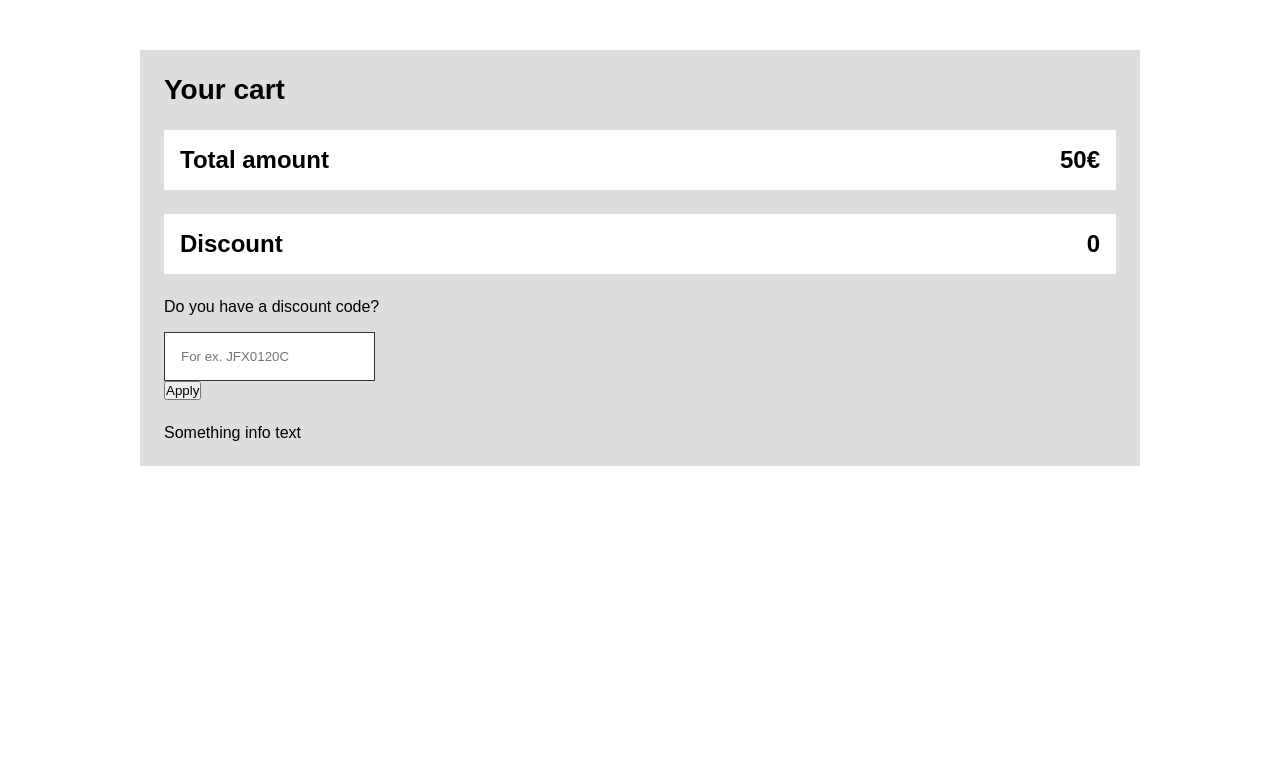
Repository: kcvijay/cart-discoutcodes
Page: /
The author's editor kept a copy of each file at every save. The page is drawn from the files as they stood at one save, then again after the next save.
The browser window is 1280 px wide. The pictures show the whole page.
The project was rebuilt for these pictures with package versions that can differ from the ones it lists, and the page was loaded fresh each time. Also part of the build but not shown: src/App.css.

Above is the page before, as saved 2023-05-17 11:34:17.

After the next save:
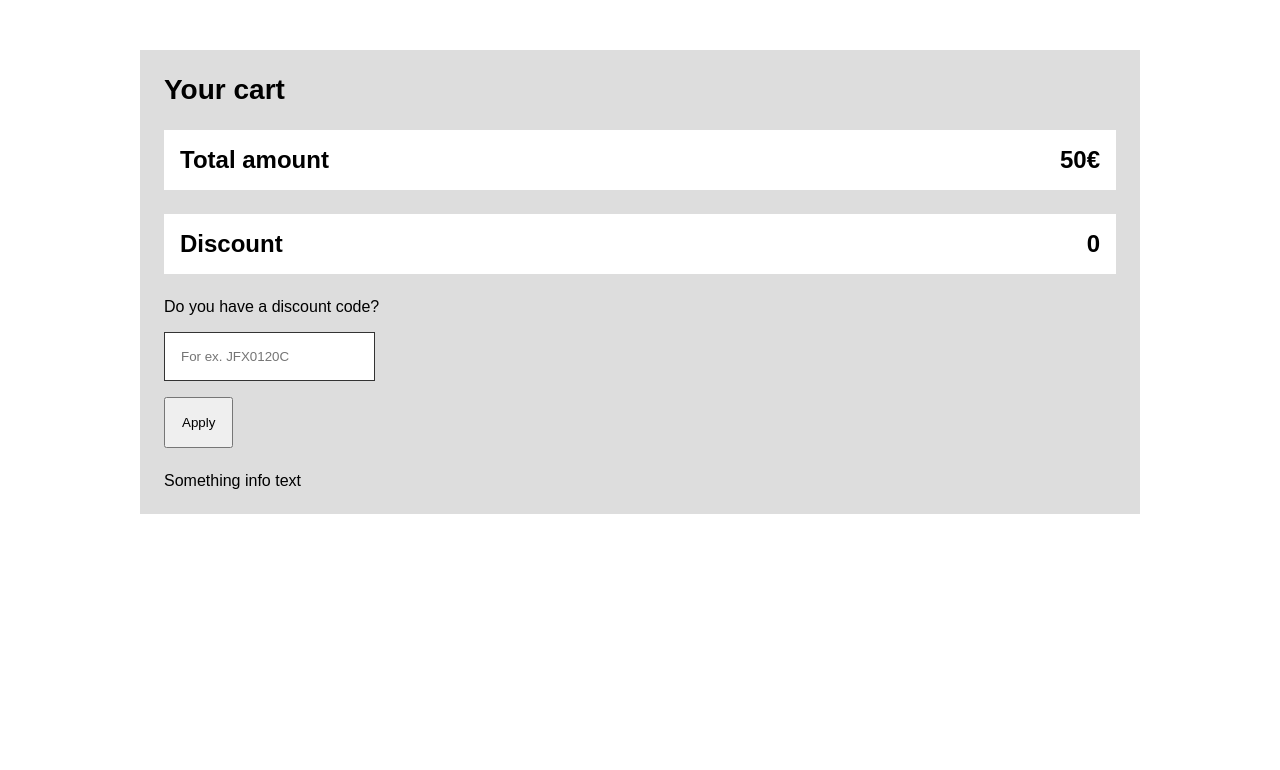
Saved 14 s later.
--- a/src/index.css
+++ b/src/index.css
@@ -52,4 +52,7 @@ form input {
 
 form button {
   display: block;
+  margin-top: 1rem;
+  padding: 1rem;
+  font-family: inherit;
 }
